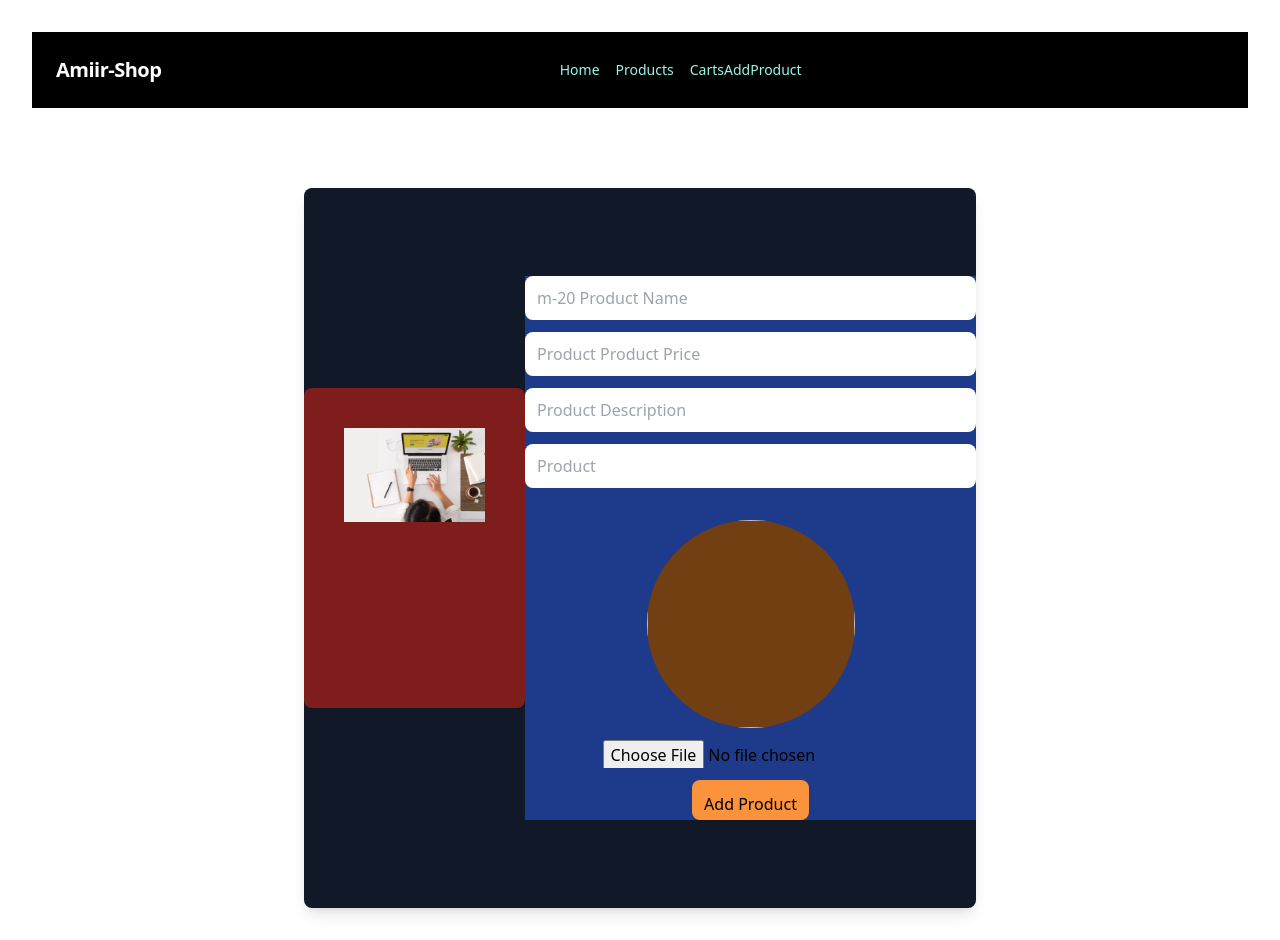
Repository: ENG-AMIIR-MUSE/ECommerce-app-using-react
Page: /addProducts
These files come from the project's save history. The page is drawn as it stood at one moment and after the next save; the edit follows.
The browser window is 1280 px wide. The pictures show the whole page.
The page's requests for data from a server got no answer. The project was rebuilt for these pictures with package versions that can differ from the ones it lists, and the page was loaded fresh each time. No one was signed in, and anything a server would have sent is missing. Also part of the build but not shown: vite.config.js, src/Components/productList.js, src/Components/productCard.js.

Above is the page before, as saved 2023-06-24 20:32:57.

After the next save:
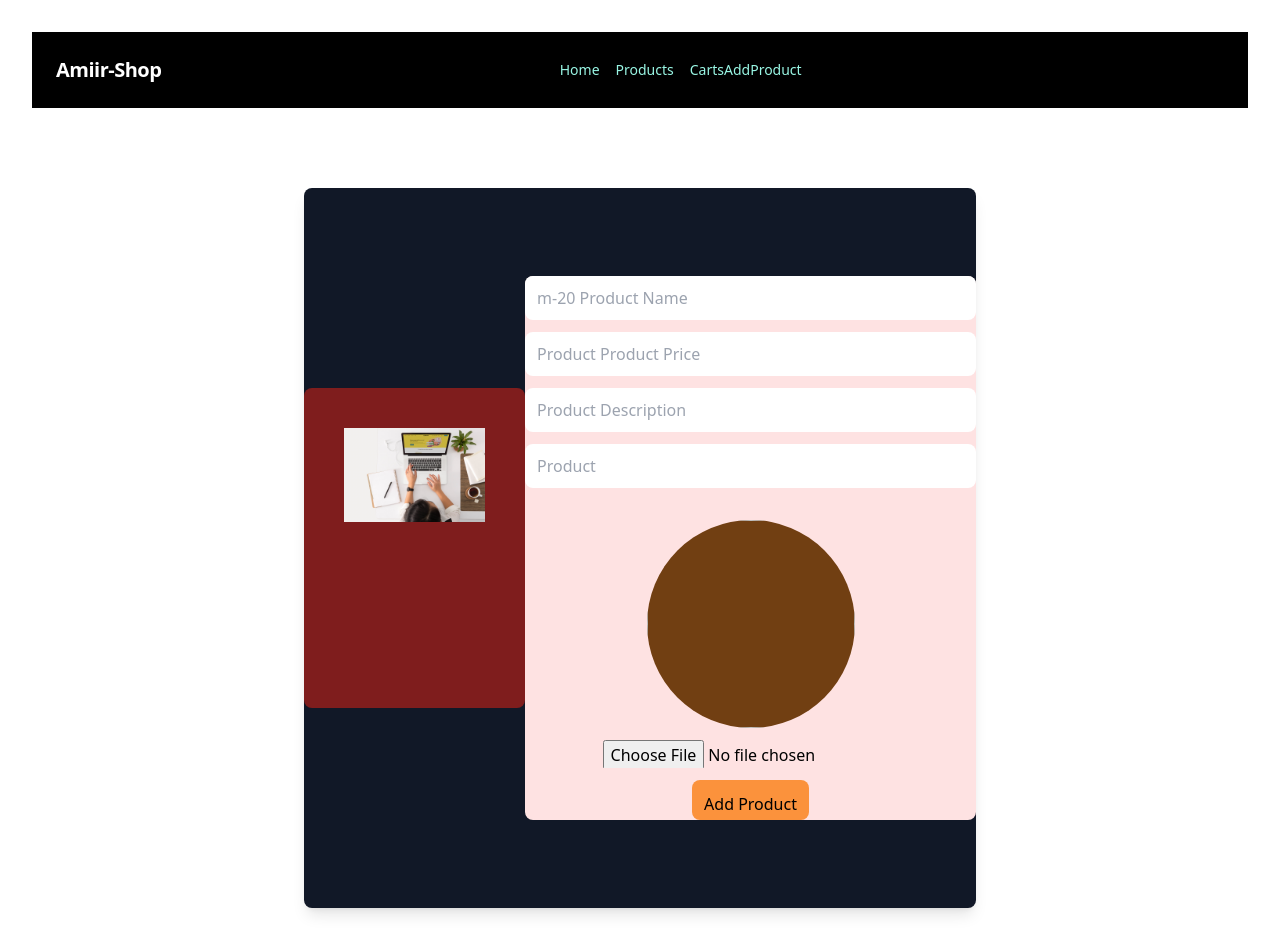
Saved 32 s later.
--- a/src/Components/AddProduct.jsx
+++ b/src/Components/AddProduct.jsx
@@ -11,7 +11,7 @@ const  AddProduct = ()=>{
            <img src= {reactsvg}  alt="missing-product-image"/>
           </div>
           <div className="  m-10 rounded-lg bg-red-100 mx-auto bg-green-50 mx-auto mx-auto">
-          <form className="space-y-3 mx-auto bg-blue-900 ">
+          <form className="space-y-3 mx-auto  ">
 
            <input type="text"placeholder="m-20 Product Name" className="w-full rounded-lg h-11  pl-3"/>
           <input type="text"placeholder="Product Product Price" className="w-full rounded-lg h-11  pl-3"/>
